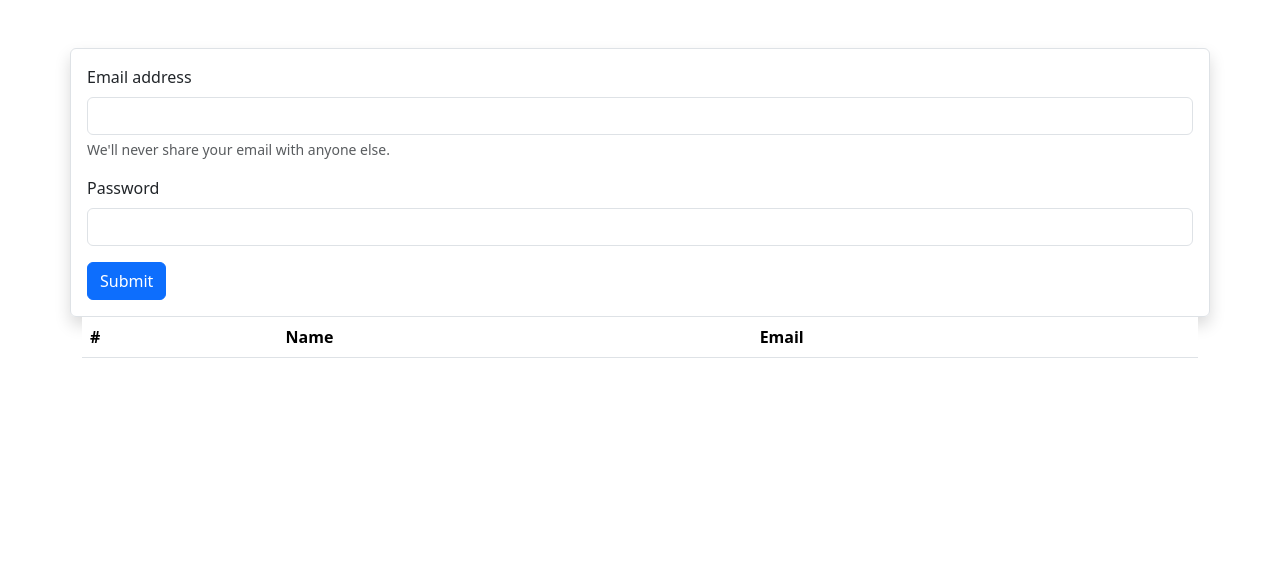
Repository: Ruddro420/laravel-curd-operation
Page: http://localhost/user
An editor plug-in stored every save of this project. The page is shown before and after the next save, followed by the edit.
The browser window is 1280 px wide. The pictures show the whole page.
The page is served by the project's Laravel application, run on PHP 8.4 with Laravel 12. Other server files are loaded and not shown. Queries for data that is not in the repository find no rows.

Above is the page before, as saved 2024-09-20 20:31:36.

### routes/web.php
<?php

use App\Http\Controllers\UserController;
use Illuminate\Support\Facades\Route;

Route::get('/', function () {
    return view('welcome');
});

Route::get('/user', [UserController::class, 'index'])->name('user');
Route::post('/user/add', [UserController::class, 'create'])->name('user.store');

### app/Http/Controllers/UserController.php
<?php

namespace App\Http\Controllers;

use App\Models\UserData;
use Illuminate\Http\Request;

class UserController extends Controller
{
    /**
     * Display a listing of the resource.
     */
    public function index()
    {
        $data = UserData::all();
        return view('home',compact('data'));
    }

    /**
     * Show the form for creating a new resource.
     */
    public function create(Request $request)
    {

        $data = new UserData();
        $data->name = $request->name;
        $data->email = $request->email;
        $data->save();
        return redirect()->route('user');
    }

    /**
     * Store a newly created resource in storage.
     */
    public function store(Request $request)
    {
        //
    }

    /**
     * Display the specified resource.
     */
    public function show(string $id)
    {
        //
    }

    /**
     * Show the form for editing the specified resource.
     */
    public function edit(string $id)
    {
        //
    }

    /**
     * Update the specified resource in storage.
     */
    public function update(Request $request, string $id)
    {
        //
    }

    /**
     * Remove the specified resource from storage.
     */
    public function destroy(string $id)
    {
        //
    }
}

### app/Models/UserData.php
<?php

namespace App\Models;

use Illuminate\Database\Eloquent\Factories\HasFactory;
use Illuminate\Database\Eloquent\Model;

class UserData extends Model
{
    use HasFactory;
}

### resources/views/home.blade.php
<!DOCTYPE html>
<html lang="en">

<head>
    <meta charset="UTF-8">
    <meta name="viewport" content="width=device-width, initial-scale=1.0">
    <link href="https://cdn.jsdelivr.net/npm/bootstrap@5.3.3/dist/css/bootstrap.min.css" rel="stylesheet" integrity="sha384-QWTKZyjpPEjISv5WaRU9OFeRpok6YctnYmDr5pNlyT2bRjXh0JMhjY6hW+ALEwIH" crossorigin="anonymous">
    <title>Document</title>
</head>

<body>
    <div class="container mt-5 border shadow p-3 rounded">
        <div class="row">
            <div class="col">
                <form action="{{ route('user.store') }}" method="POST" enctype="multipart/form-data">
                    @csrf
                    <div class="mb-3">
                        <label for="exampleInputEmail1" class="form-label">Email address</label>
                        <input type="text" class="form-control" id="exampleInputEmail1" aria-describedby="emailHelp" name="name">
                        <div id="emailHelp" class="form-text">We'll never share your email with anyone else.</div>
                    </div>
                    <div class="mb-3">
                        <label for="exampleInputPassword1" class="form-label">Password</label>
                        <input type="email" class="form-control" id="exampleInputPassword1" name="email">
                    </div>

                    <button type="submit" class="btn btn-primary">Submit</button>
                </form>
            </div>
        </div>
    </div>

    <div class="container">
        <div class="row">
            <div class="col">
                <table class="table">
                    <thead>
                        <tr>
                            <th scope="col">#</th>
                            <th scope="col">Name</th>
                            <th scope="col">Email</th>
                        </tr>
                    </thead>
                    <tbody>
                        @foreach ($data as $key => $value)
                        <tr>
                            <th scope="row">1</th>
                            <td>{{$value->name}}</td>
                            <td>{{$value->email}}</td>
                        </tr>
                        @endforeach
                    </tbody>
                </table>
            </div>
        </div>
    </div>

    <script src="https://cdn.jsdelivr.net/npm/bootstrap@5.3.3/dist/js/bootstrap.bundle.min.js" integrity="sha384-YvpcrYf0tY3lHB60NNkmXc5s9fDVZLESaAA55NDzOxhy9GkcIdslK1eN7N6jIeHz" crossorigin="anonymous"></script>
</body>

</html>

Loaded but not shown: app/Http/Controllers/Controller.php (common file)

After the next save:
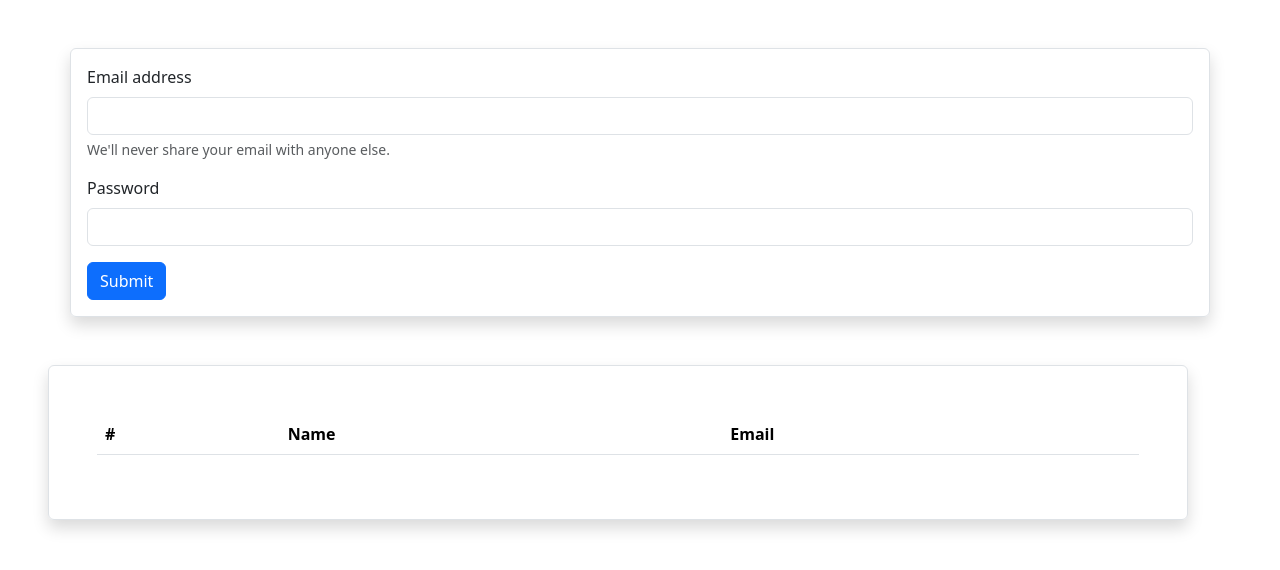
Saved 18 s later.
--- a/resources/views/home.blade.php
+++ b/resources/views/home.blade.php
@@ -30,7 +30,7 @@
         </div>
     </div>
 
-    <div class="container">
+    <div class="container m-5 p-5 border rounded shadow">
         <div class="row">
             <div class="col">
                 <table class="table">
